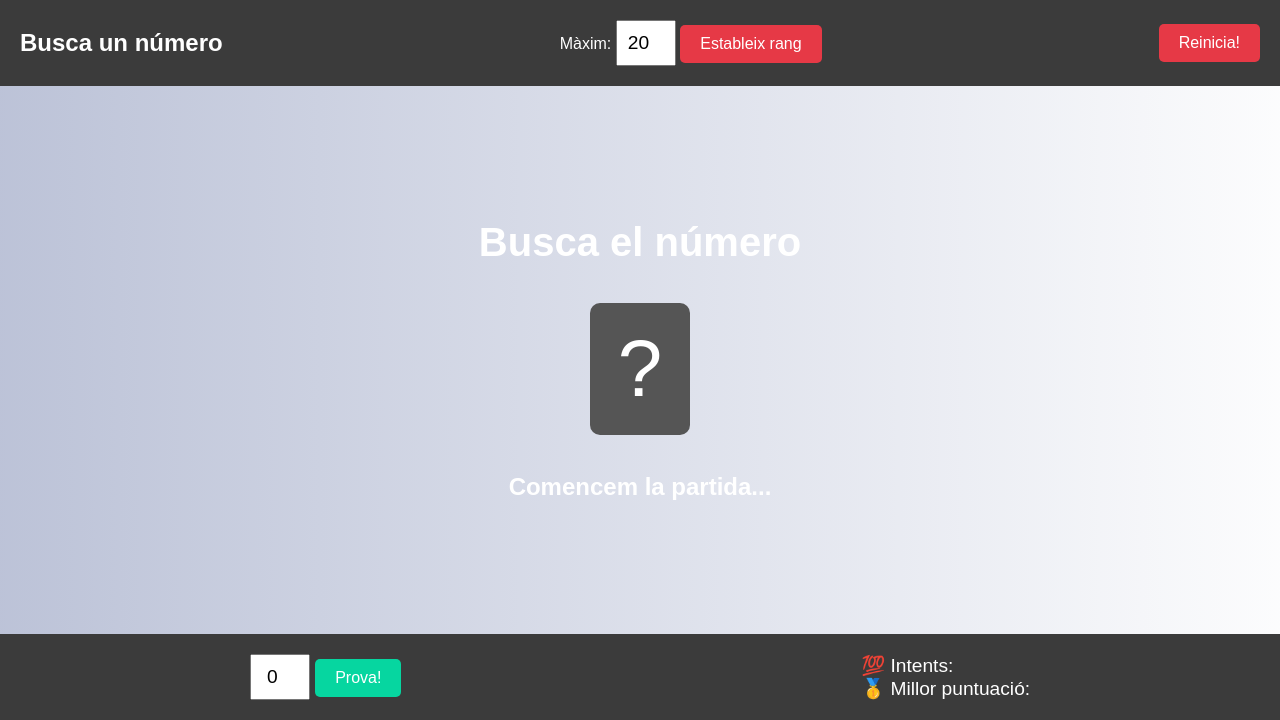
Repository: rdalmau23/M06_01
Page: index.html
The author's editor kept a copy of each file at every save. The page is drawn from the files as they stood at one save, then again after the next save.
The browser window is 1280 px wide. The pictures show the whole page.

Above is the page before, as saved 2024-10-11 13:14:50.

After the next save:
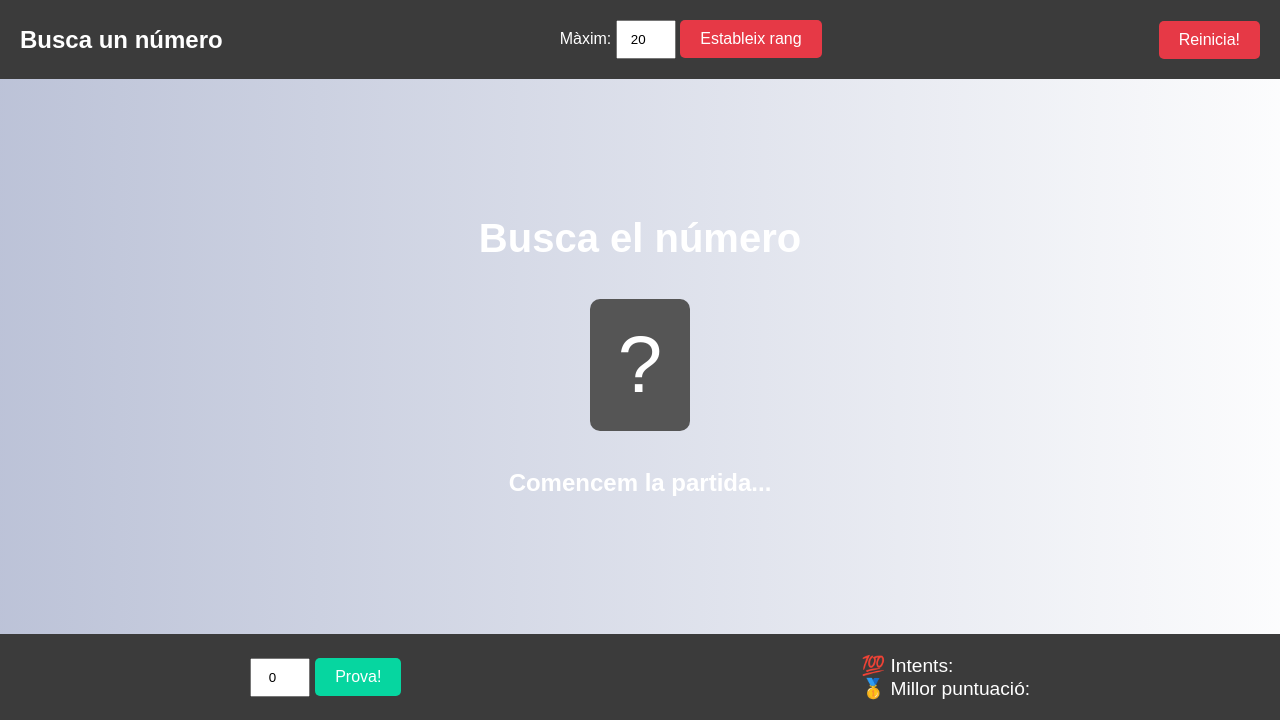
Saved 13 s later.
--- a/style.css
+++ b/style.css
@@ -97,7 +97,7 @@
  input[type="number"] {
     width: 60px;
     padding: 10px;
-    font-size: 1.2rem;
+
     text-align: center;
   }
 

After the save that followed:
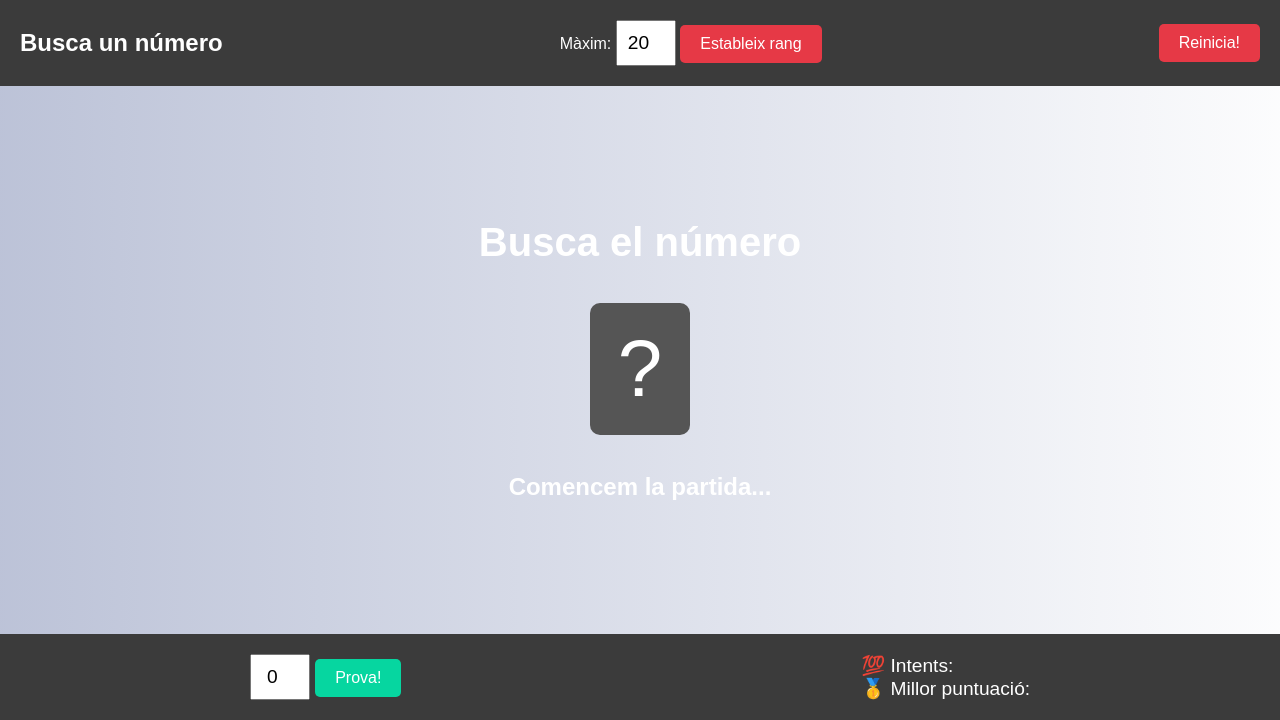
Saved 4 s later.
--- a/style.css
+++ b/style.css
@@ -97,7 +97,7 @@
  input[type="number"] {
     width: 60px;
     padding: 10px;
-
+    font-size: 1.2rem;
     text-align: center;
   }
 
